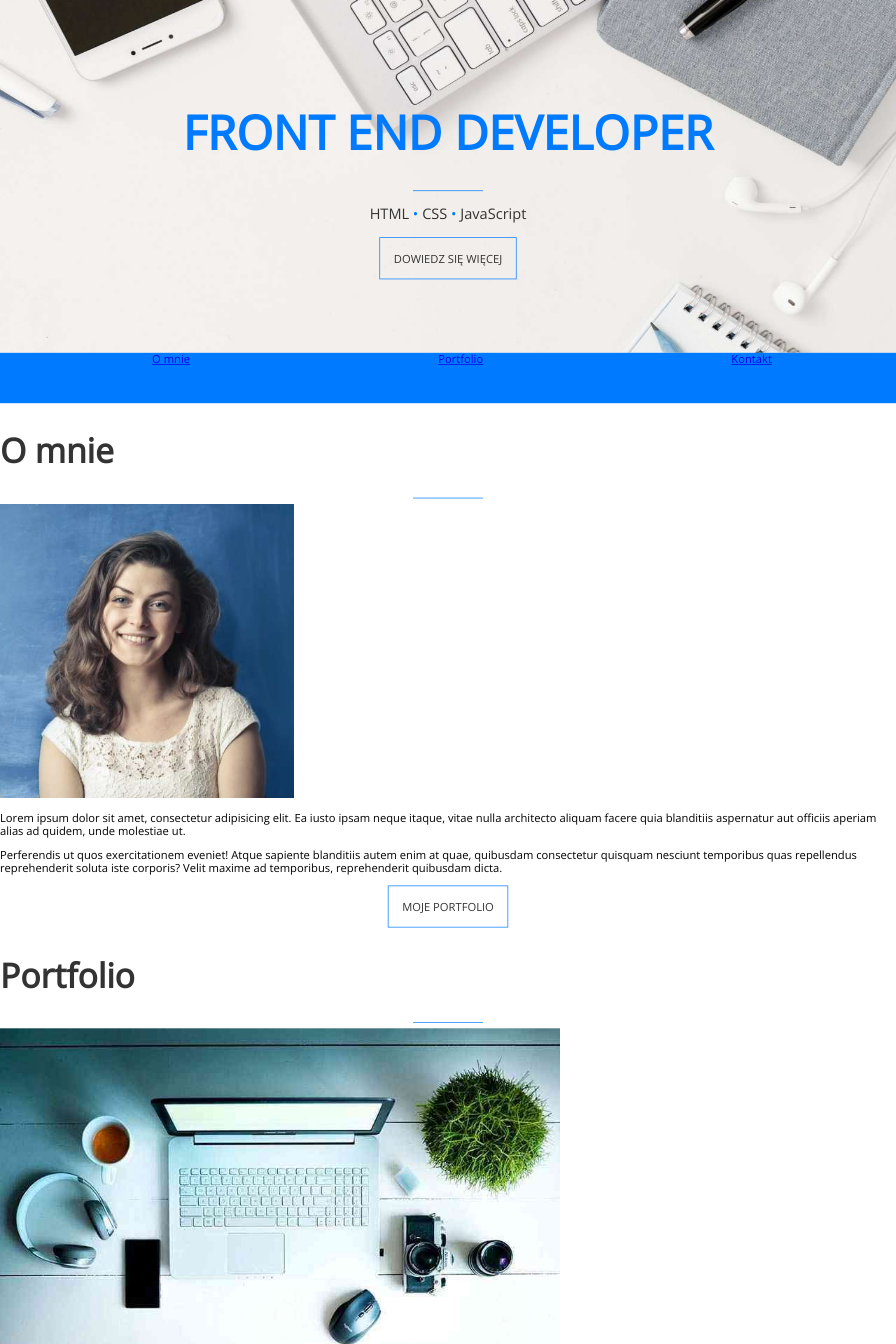
Repository: magdaf41/CSS
Page: zadanie_9/index.html
An editor plug-in stored every save of this project. The page is shown before and after the next save, followed by the edit.
The browser window is 1280 px wide. The pictures show the part of the page from y = 0 to 1920 px (the page is 7832 px tall before and 7790 px after), at 70% of full size.

Above is the page before, as saved 2020-08-25 21:49:58.

After the next save:
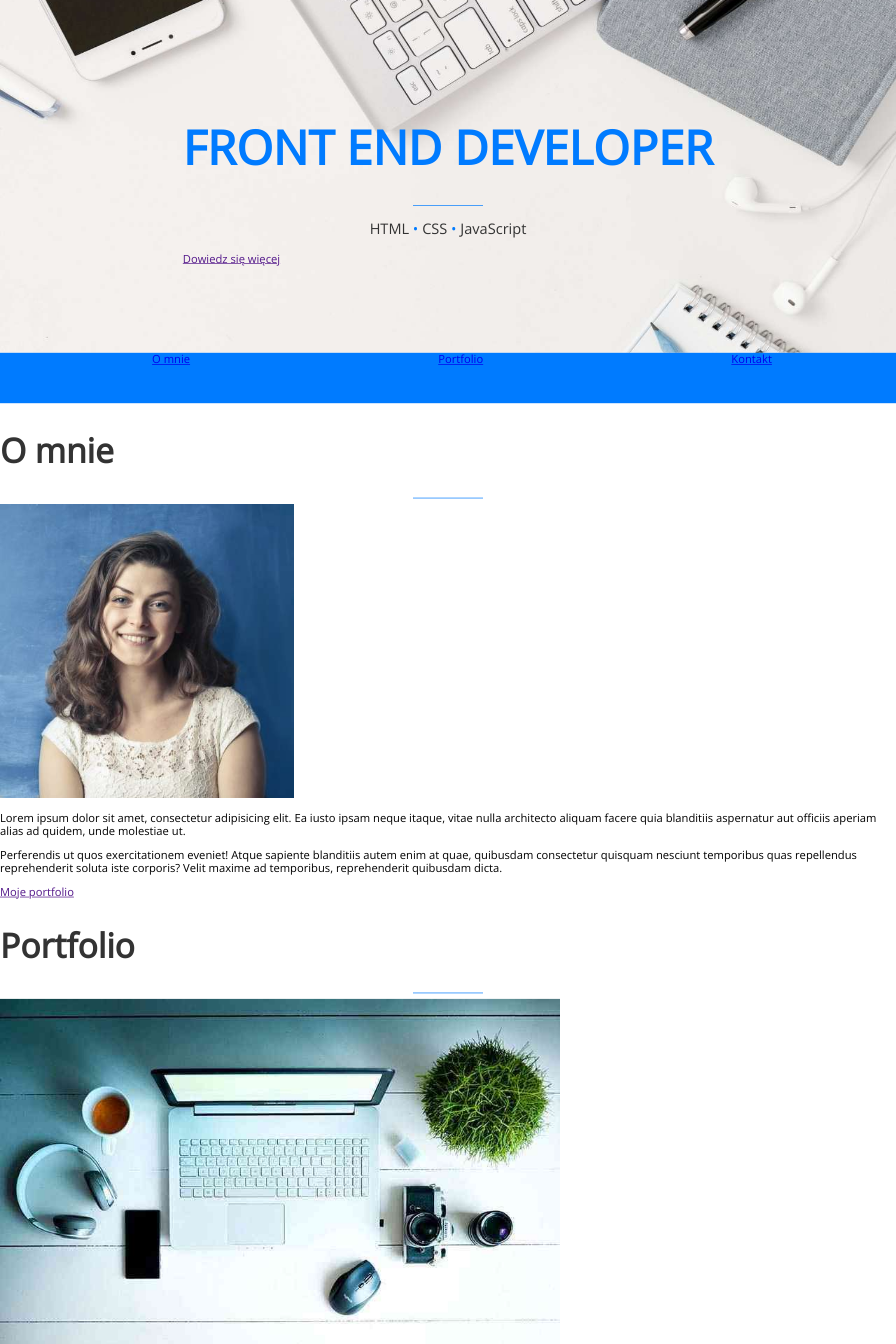
Saved 6 min 4 s later.
--- a/zadanie_9/index.html
+++ b/zadanie_9/index.html
@@ -21,7 +21,8 @@
         <h1>Front end developer</h1>
         <hr>
         <p>HTML <span>&bull;</span> CSS <span>&bull;</span> JavaScript </p>
-        <button class="button">Dowiedz się więcej</button>
+        <a href="" class="btn">Dowiedz się więcej</a>
+
     </div>
     </header>
 
@@ -42,7 +43,8 @@
         <p>Perferendis ut quos exercitationem eveniet! Atque sapiente blanditiis autem enim at quae, quibusdam
             consectetur quisquam nesciunt temporibus quas repellendus reprehenderit soluta iste corporis? Velit maxime
             ad temporibus, reprehenderit quibusdam dicta.</p>
-        <button class="button">Moje portfolio</button>
+            <a href="" class="btn">Moje portfolio</a>
+
 
     </section>
 

After the save that followed:
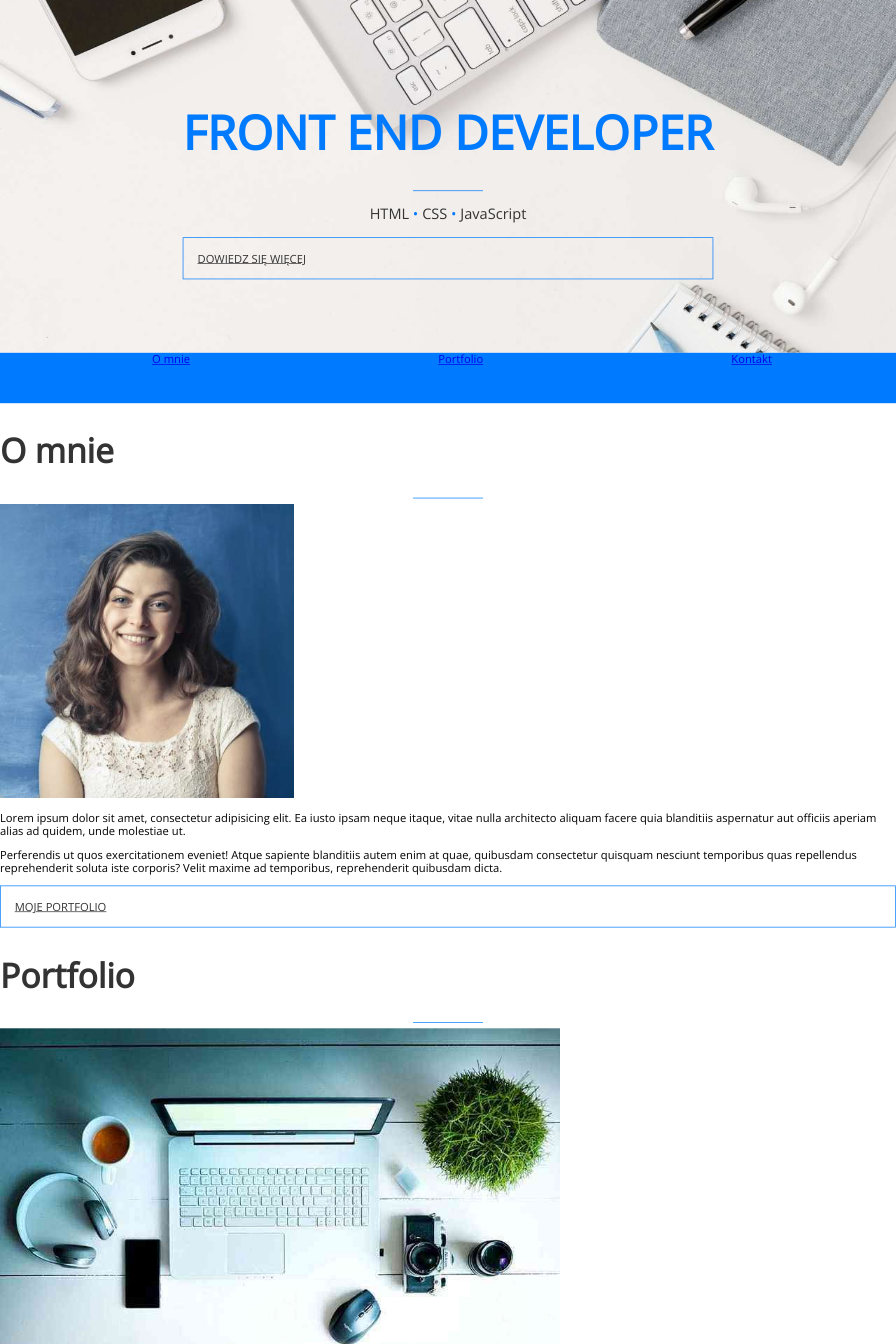
Saved 79 s later.
--- a/zadanie_9/css/style.css
+++ b/zadanie_9/css/style.css
@@ -43,7 +43,7 @@ span {
     color: #007bff;
 }
 
-.button {
+.btn {
     text-transform: uppercase;
     color: #333;
     border: 1px solid #007bff;
